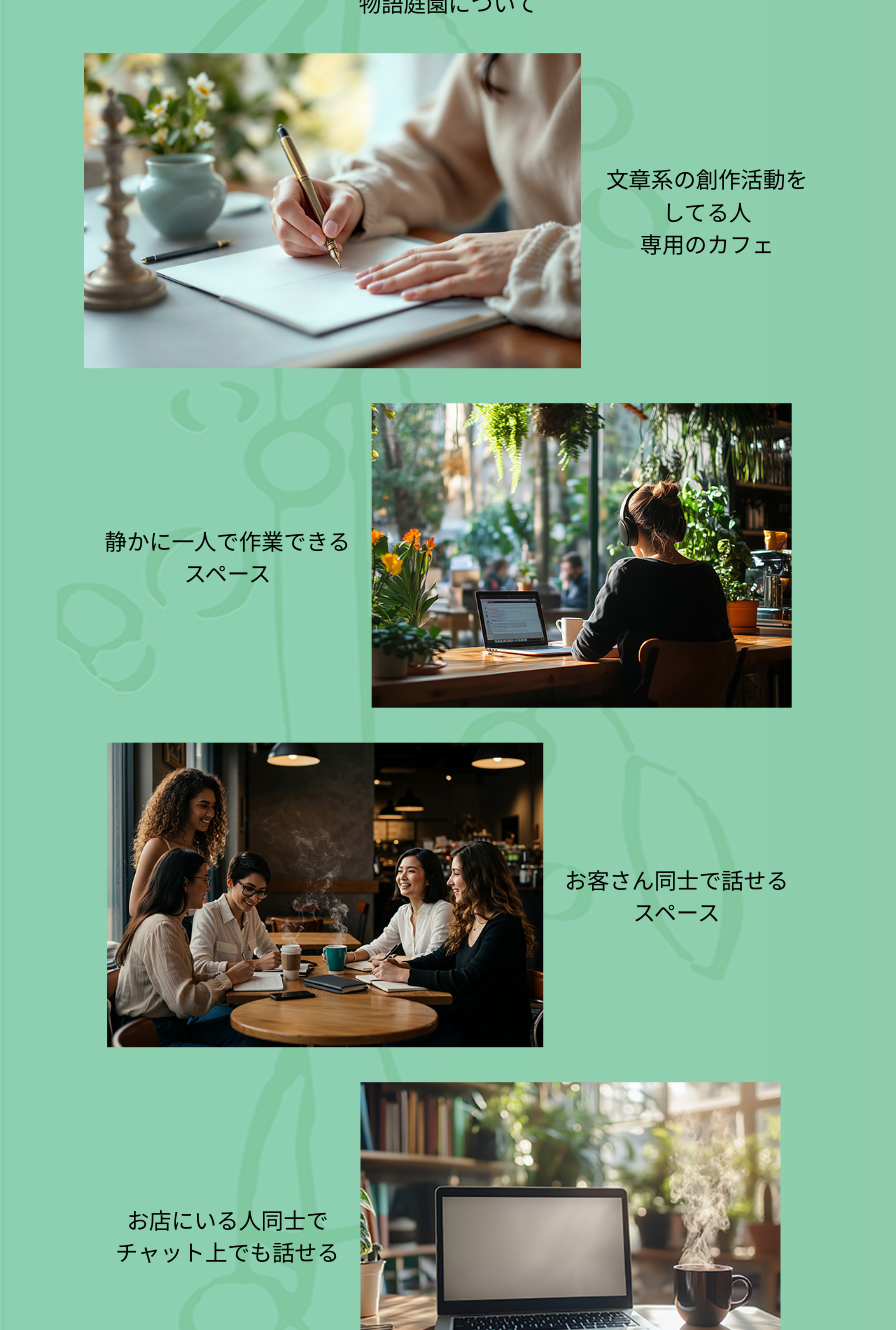
Repository: saka-kou/GardenStory
Page: index.html
The author's editor kept a copy of each file at every save. The page is drawn from the files as they stood at one save, then again after the next save.
The browser window is 1280 px wide. The pictures show the part of the page from y = 1020 to 2920 px (the page is 5820 px tall before and 5942 px after), at 70% of full size.
A picture or video elsewhere on the page could not be fetched, so the positions and the page height are approximate. Some web fonts or font styles are not loaded; a fallback is used.

Above is the page before, as saved 2025-07-24 15:03:09.

### index.html
<!DOCTYPE html>
<html lang="en">
<head>
    <meta charset="UTF-8">
    <meta name="viewport" content="width=device-width, initial-scale=1.0">
    <link rel="preconnect" href="https://fonts.googleapis.com">
    <link rel="preconnect" href="https://fonts.gstatic.com" crossorigin>
    <link href="https://fonts.googleapis.com/css2?family=Kaisei+Opti&display=swap" rel="stylesheet">

    <title>物語庭園</title>
    <link rel="stylesheet" href="css/index.css">
</head>
<body>
    <header>
        <h1><img src="images/logo.svg" alt="物語庭園ロゴ"></h1>
        <ul id="gnavi" class="consept-text">
            <li>物語庭園について</li>
            <li>メニュー</li>
            <li>利用料金</li>
            <li>アクセス</li>
            <li>トピックス</li>
        </ul>
    </header>
    <h1><img src="images/cafe.svg" alt="カフェ店内" class="mainvisual"></h1>
    <main>
        <div class="aboutWrap">
            <h2 class="consept-text">物語庭園について</h2>
            <div class="write">
                <div class="cafe-ex">
                    <img src="images/write.jpeg" alt="文創" class="leftimg">
                    <p class="consept-text">文章系の創作活動をしてる人<br>
                        専用のカフェ
                    </p>
                </div>
            </div>
            <div class="work">
                <div class="cafe-ex">
                    <p class="consept-text">静かに一人で作業できる<br>
                        スペース
                    </p>
                    <img src="images/work.jpeg" alt="作業" class="rightimag">
                </div>
            </div>
            <div class="talk">
                    <div class="cafe-ex">
                    <img src="images/talk.jpeg" alt="話せる" class="leftimg">
                    <p class="consept-text">お客さん同士で話せる<br>
                        スペース
                    </p>
                </div>
            </div>
            <div class="Website">
                    <div class="cafe-ex">
                    <p class="consept-text">お店にいる人同士で<br>
                        チャット上でも話せる
                    </p>
                    <img src="images/Website.jpeg" alt="Webサイト" class="rightimg">
                </div>
            </div>
        </div>
            <p class="consept-text"><a href="#">詳しくはこちら</a></p>
            <h2>メニュー</h2>
            <div itemWrap></div>
                <div class="topitem">
                        <img src="images/bluemountain.png" alt="ブルーマウンテン">
                        <p>ブルーマウンテン</p>
                        <p>すっきりした飲み口<br>
                        リラックスしたい時におすすめ</p>
                        <p class="price">950円(税込)</p>
                </div>
                <div class="topitem">
                    <img src="images/herbtea.png" alt="ハーブティー">
                    <div class="itemname">
                        <p>ハーブティー</p>
                        <p>やさしい酸味と甘みが特徴<br>
                        気持ちを落ち着けたい時にどうぞ</p>
                        <p class="price">650円(税込)</p>
                    </div>
                </div>
                <div class="middleitem">
                    <div class="itemname">
                        <img src="images/manderin.png" alt="マンデリンコーヒー">
                        <p>マンデリンコーヒー</p>
                        <p>深いコクとほのかな苦味<br>
                        集中したい作業時に最適です</p>
                        <p class="price">650円(税込)</p>
                    </div>
                </div>
                <div class="middleitem">
                    <img src="images/orangejuice.png" alt="オレンジジュース">
                    <div class="itemname">
                        <p>オレンジジュース</p>
                        <p>実は集中できる効果のある飲み物<br>
                        軽やかな酸味で気持ちを切り替えて集中したい時に</p>
                        <p class="price">500円(税込)</p>
                    </div>
                </div>
                <div class="bottomitem">
                    <img src="images/sandwhich.png" alt="サンドウィッチ">
                    <div class="itemname">
                        <p>サンドウィッチ</p>
                        <p>ふんわり食感とやさしい味<br>
                        小腹満たしにちょうどいい一品</p>
                        <p class="price">750円(税込)</p>
                    </div>
                </div>
                <div class="bottomitem">
                    <img src="images/suko-nn.png" alt="スコーン">
                    <div class="itemname">
                        <p>スコーン</p>
                        <p>ほんのり甘くて食べごたえあり<br>
                        小腹が空いた時におすすめです</p>
                        <p class="price">750円(税込)</p>
                    </div>
                </div>
            </div>
    </main>
</body>
</html>

### css/index.css
*{
    margin: 0;
    padding: 0;
}
body{
    background-image: url("../images/壁紙例2.webp");
    background-size: cover;
    background-repeat: repeat;
        font-family: "Kaisei Opti", serif;
    font-weight: 400;
    font-style: normal;
}
header{
    display: flex;
    align-items: center;
    justify-content: space-between;
    background-color: #D9EDDF;
    gap: 210px;
}
.mainvisual{
    width: auto;
    height: 900px;
    text-align: center;
    object-fit: fill;
}
/* .mainvisual img{
    display: block;
    width: 100vw;
    height: 100vh;
} */
main{
    /* padding: 0 auto; */
        margin: 0 120px;
}
#gnavi{
    display: flex;
    list-style-type: none;
    width: 100%;
}

.aboutWrap{
    display: flex;
    flex-direction: column;
    align-items: center;
    gap: 50px;
}
.consept-text{
    font-family: "Kaisei Opti", serif;
    font-weight: 400;
    font-style: normal;
    font-size: 32px;
    text-align: center;
}
.consept-text a{
    display: flex;
    justify-content: right;
}
.cafe-ex{
    /* width: 1320px; */
    display: flex;
    align-items: center;
    gap: 30px;
}
.work{
    gap: 75px;
    display: flex;
}
.write{
    gap: 27px;
    display: flex;
}
.talk{
    gap: 85px;
    display: flex;
}
.Website{
    gap: 75px;
    display: flex;
}
.leftimg{
    display: flex;
    gap: 75px;
}
.rightimg{
    display: flex;

}
.itemWrap{
    display: flex;
    flex-direction: column;
}
.menuname{
    display: flex;
    flex-direction: column;
    font-size: 32px;
}
.itemname{

}
.price{
    font-size: 32px;
    font-family: "Kaisei Opti", serif;
    font-weight: 400;
    font-style: normal;
}
.topitem{
    display: flex;
}
.middleitem{
    display: flex;
}
.bottomitem{
    display: flex;
}

After the next save:
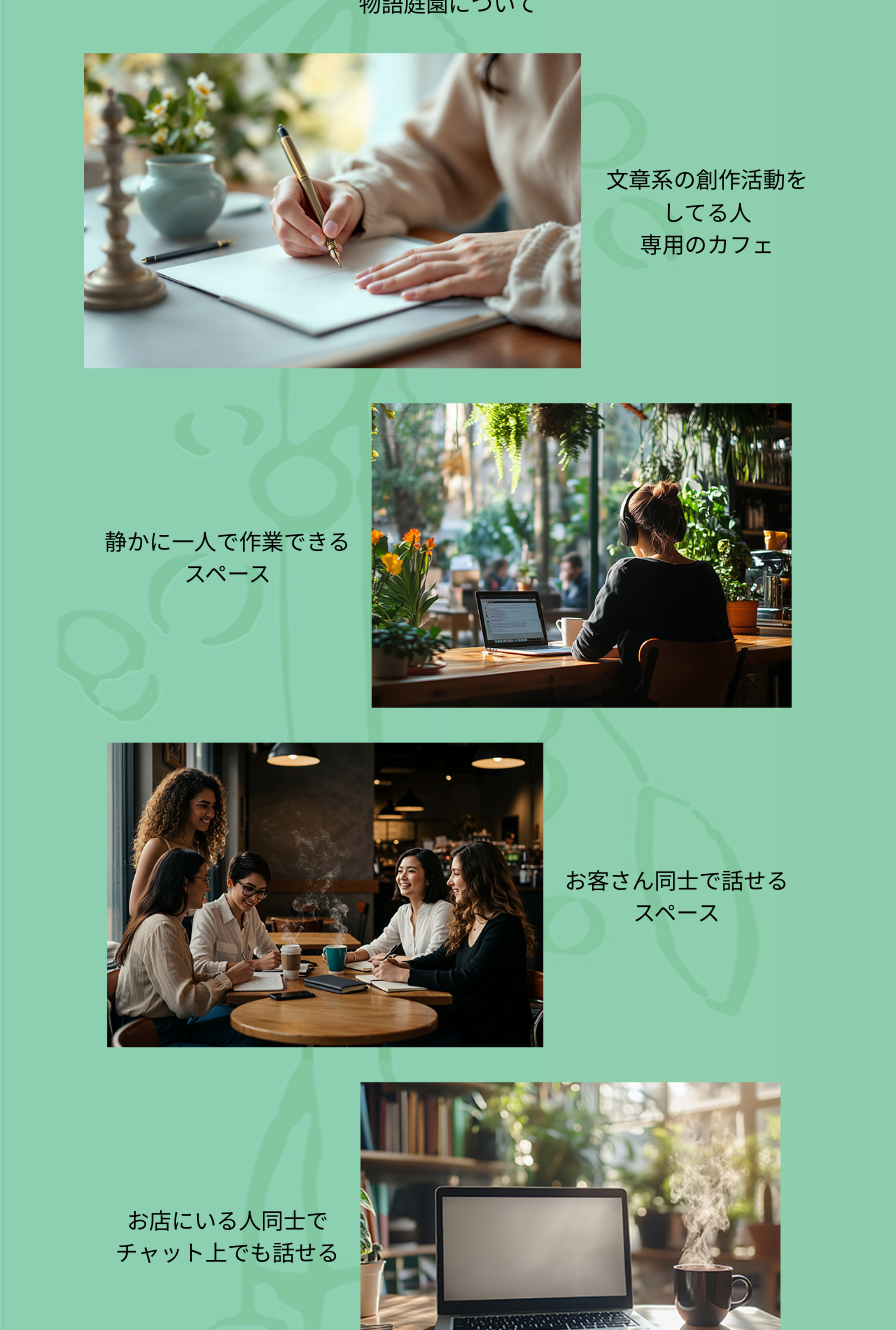
Saved 13 min 8 s later.
--- a/index.html
+++ b/index.html
@@ -62,11 +62,13 @@
             <h2>メニュー</h2>
             <div itemWrap></div>
                 <div class="topitem">
+                    <div class="itemname">
                         <img src="images/bluemountain.png" alt="ブルーマウンテン">
                         <p>ブルーマウンテン</p>
                         <p>すっきりした飲み口<br>
                         リラックスしたい時におすすめ</p>
                         <p class="price">950円(税込)</p>
+                    </div>
                 </div>
                 <div class="topitem">
                     <img src="images/herbtea.png" alt="ハーブティー">
